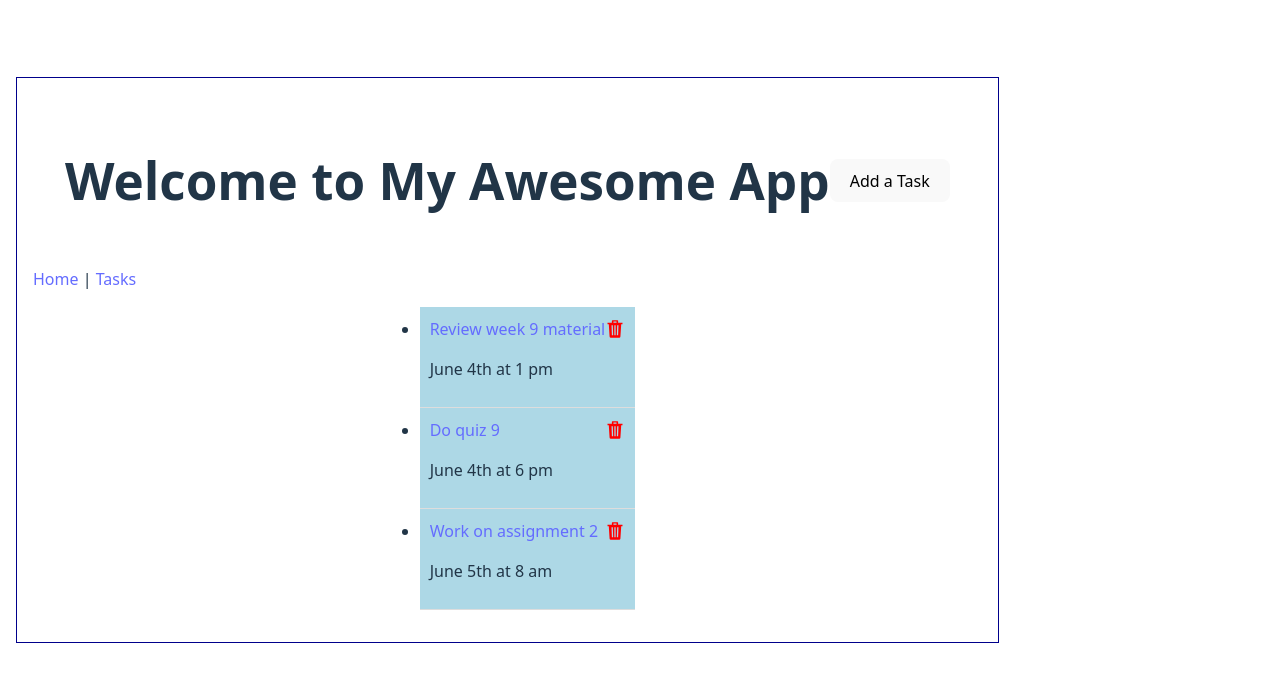
Repository: liulian26/CS5610
Page: /tasks (app in week9/my-vite-app/)
These files come from the project's save history. The page is drawn as it stood at one moment and after the next save; the edit follows.
The browser window is 1280 px wide. The pictures show the whole page.
The project was rebuilt for these pictures with package versions that can differ from the ones it lists, and the page was loaded fresh each time. Requests to the local data server were answered from the project's data file. Also part of the build but not shown: week9/my-vite-app/vite.config.js, week9/my-vite-app/src/components /AddTask.jsx, week9/my-vite-app/src/components /TaskDetail.jsx.

Above is the page before, as saved 2025-03-27 12:31:40.

After the next save:
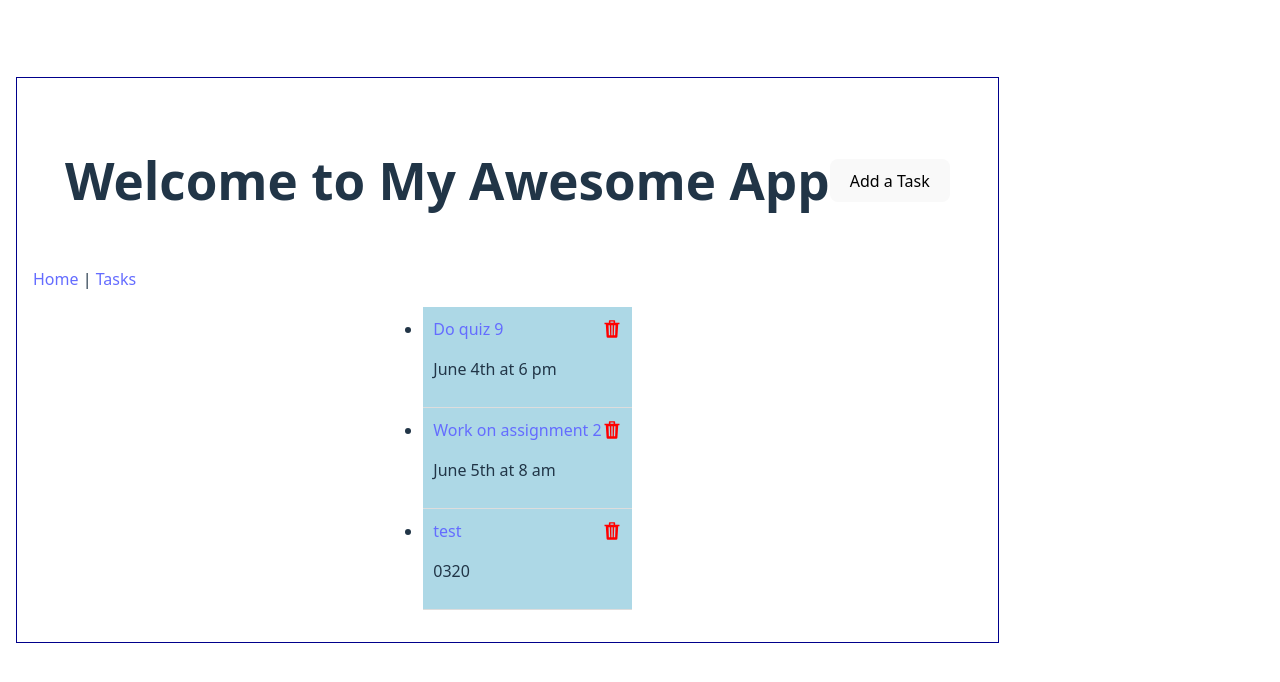
Saved 45 s later.
--- a/week9/my-vite-app/db.json
+++ b/week9/my-vite-app/db.json
@@ -1,19 +1,37 @@
 {
-    "tasks": [
-      {
-        "id": 1,
-        "title": "Review week 9 material",
-        "date": "June 4th at 1 pm"
-      },
-      {
-        "id": 2,
-        "title": "Do quiz 9",
-        "date": "June 4th at 6 pm"
-      },
-      {
-        "id": 3,
-        "title": "Work on assignment 2",
-        "date": "June 5th at 8 am"
-      }
-    ]
+  "tasks": [
+    {
+      "id": "2",
+      "title": "Do quiz 9",
+      "date": "June 4th at 6 pm"
+    },
+    {
+      "id": "3",
+      "title": "Work on assignment 2",
+      "date": "June 5th at 8 am"
+    },
+    {
+      "id": "2f1d",
+      "title": "test",
+      "date": "0320"
+    }
+  ]
+}
+
+"users": [
+  {
+    "id": 1,
+    "name": "Neda",
+    "task": 1
+  },
+  {
+    "id": 2,
+    "name": "Dan",
+    "task": 3
+  },
+  {
+    "id": 3,
+    "name": "Adam",
+    "task": 3
   }
+]
